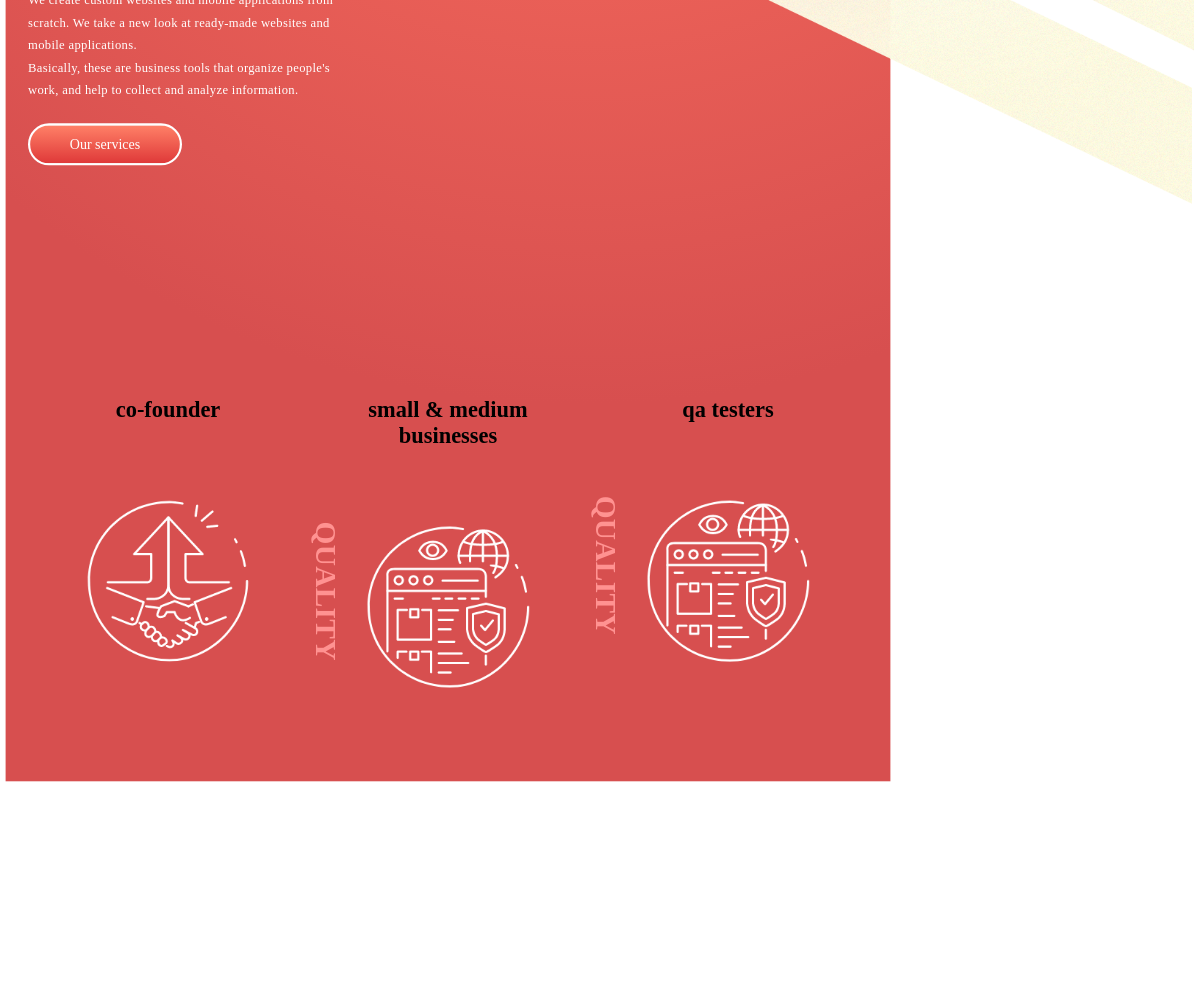
Repository: batonAnton/Ukiepro_girl
Page: MainPage.html
An editor plug-in stored every save of this project. The page is shown before and after the next save, followed by the edit.
The browser window is 1280 px wide. The page is 1706 px wide, so the pictures cover 1706 px, including what lies to the right of the window. The pictures show the part of the page from y = 2663 to 4103 px (the page is 4103 px tall), at 70% of full size.

Above is the page before, as saved 2020-03-15 18:46:46.

After the next save:
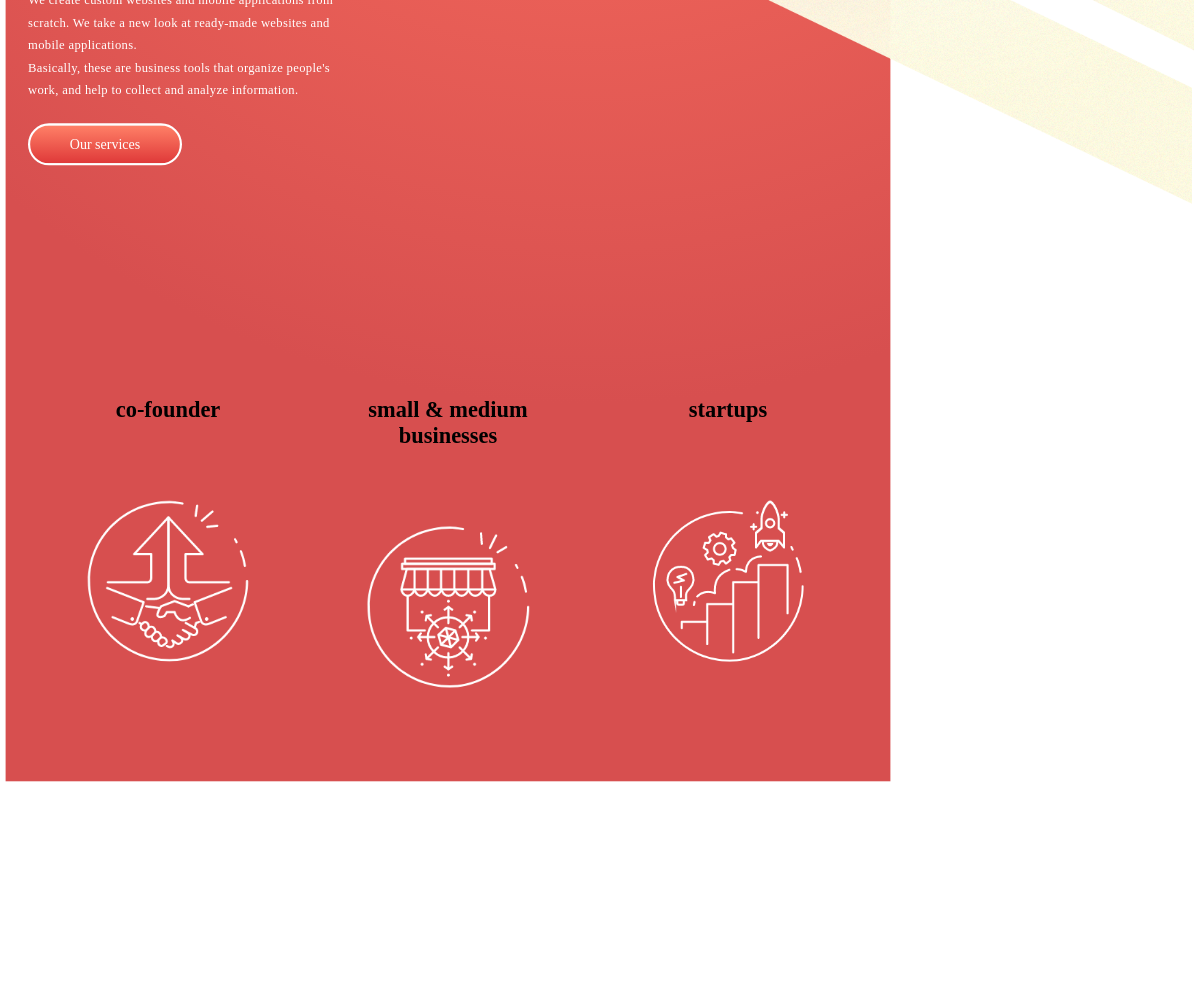
Saved 5 min 5 s later.
--- a/MainPage.html
+++ b/MainPage.html
@@ -93,25 +93,23 @@
         </div>
 
         <div class="container block2_info2">
-
           <div class="same_img_info">
             <h1>co-founder</h1>
             <img src="./img/co-founder.png" alt="" />
           </div>
 
           <div class="same_img_info">
-            <h1>small & medium <br>
-              businesses</h1>
-            <img src="./img/qa.png" alt="" />
-            <p>quality</p>
+            <h1>
+              small & medium <br />
+              businesses
+            </h1>
+            <img src="./img/business.png" alt="" />
           </div>
 
           <div class="same_img_info">
-            <h1>qa testers</h1>
-            <img src="./img/qa.png" alt="" />
-            <p>quality</p>
+            <h1>startups</h1>
+            <img src="./img/startup.png" alt="" />
           </div>
-
         </div>
       </div>
     </div>
